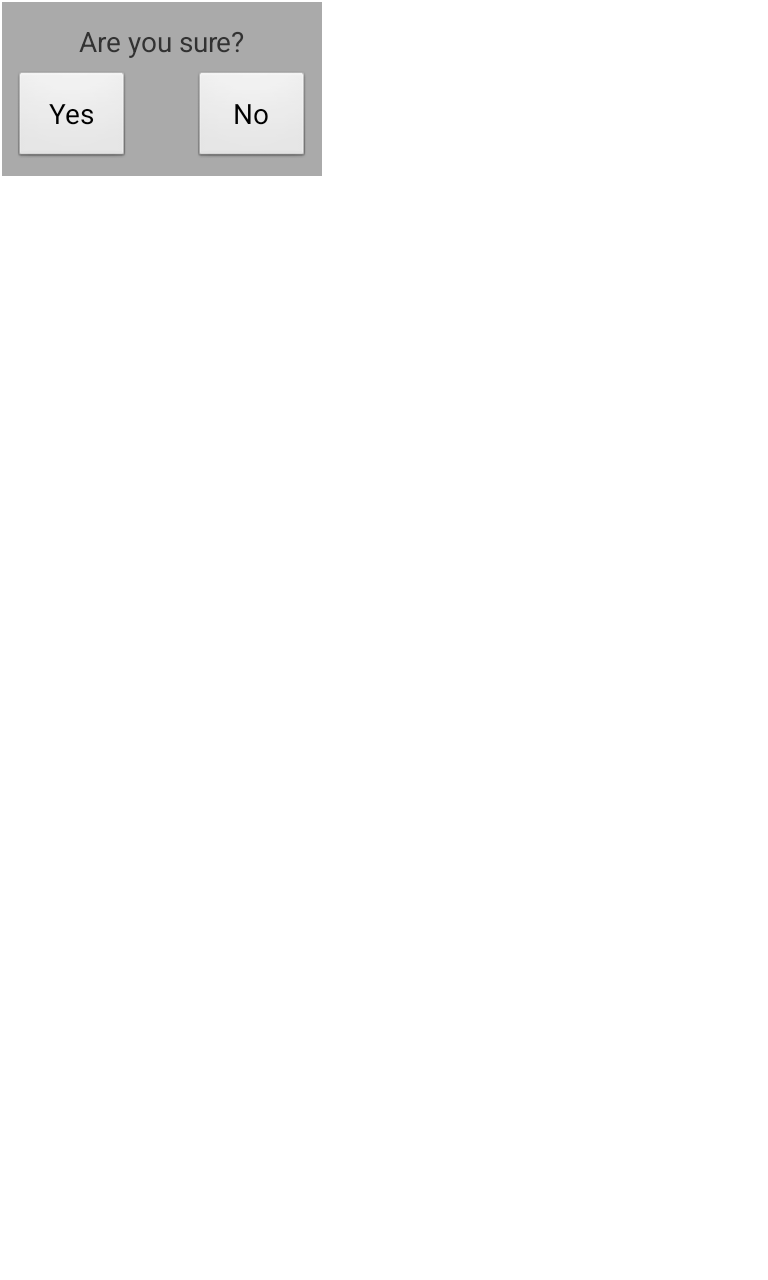
Repository: jwisch91/CS390-Project
Layout: workspace/testing/res/layout/confirmation_popup.xml
An editor plug-in stored every save of this project. The layout is shown before and after the next save, followed by the edit.
It is drawn on a 768 x 1280 px phone screen (xhdpi) without system bars, with theme android:Theme.Light; the app's code is not run.

Above is the layout before, as saved 2013-04-12 02:49:57.

### workspace/testing/res/layout/confirmation_popup.xml
<?xml version="1.0" encoding="utf-8"?>
<LinearLayout xmlns:android="http://schemas.android.com/apk/res/android"
    android:layout_width="140dp"
    android:layout_height="200dp"
    android:orientation="vertical"
    android:background="@android:color/background_light">
 <LinearLayout
     android:layout_width="160dp"
     android:layout_height="wrap_content"
     android:orientation="vertical"
     android:layout_margin="1dp"
     android:background="@android:color/darker_gray">

    <RelativeLayout
      android:layout_width="wrap_content"
      android:layout_height="wrap_content"
      android:orientation="vertical"
      android:layout_margin="5dp">

        <Button
            android:id="@+id/reregister_yes"
            android:layout_width="60dp"
            android:layout_height="wrap_content"
            android:layout_below="@+id/reregister_top"
            android:layout_alignParentLeft="true"
            android:layout_gravity="bottom"
            android:text="Yes" />

        <Button
            android:id="@+id/reregister_no"
            android:layout_width="60dp"
            android:layout_height="wrap_content"
            android:layout_below="@+id/reregister_top"
            android:layout_alignParentRight="true"
            android:layout_gravity="bottom"
            android:text="No" />

        <TextView
            android:id="@+id/reregister_top"
            android:layout_width="wrap_content"
            android:layout_height="wrap_content"
            android:layout_alignParentTop="true"
            android:layout_centerHorizontal="true"
            android:text="Are you sure?"
            android:layout_margin="5dp" />

    </RelativeLayout>
</LinearLayout>
</LinearLayout>

After the next save:
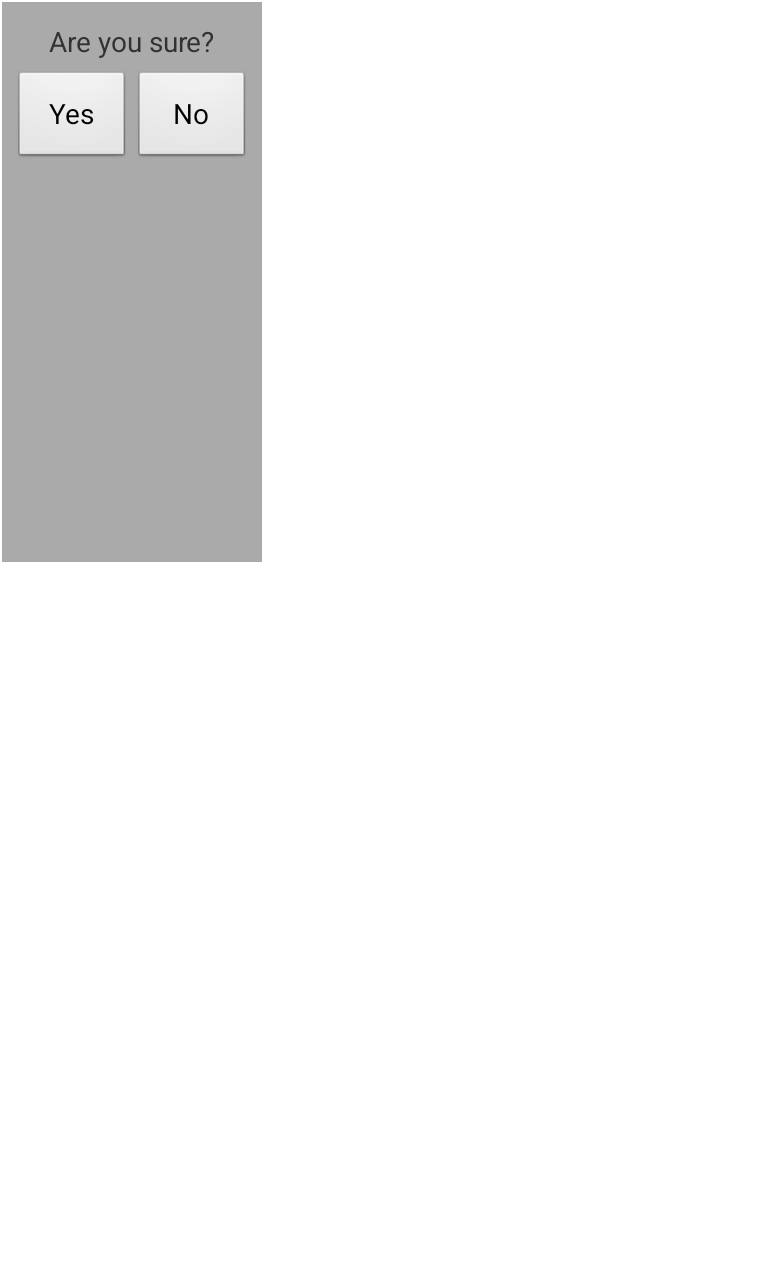
Saved 11 s later.
--- a/workspace/testing/res/layout/confirmation_popup.xml
+++ b/workspace/testing/res/layout/confirmation_popup.xml
@@ -5,8 +5,8 @@
     android:orientation="vertical"
     android:background="@android:color/background_light">
  <LinearLayout
-     android:layout_width="160dp"
-     android:layout_height="wrap_content"
+     android:layout_width="130dp"
+     android:layout_height="280dp"
      android:orientation="vertical"
      android:layout_margin="1dp"
      android:background="@android:color/darker_gray">
